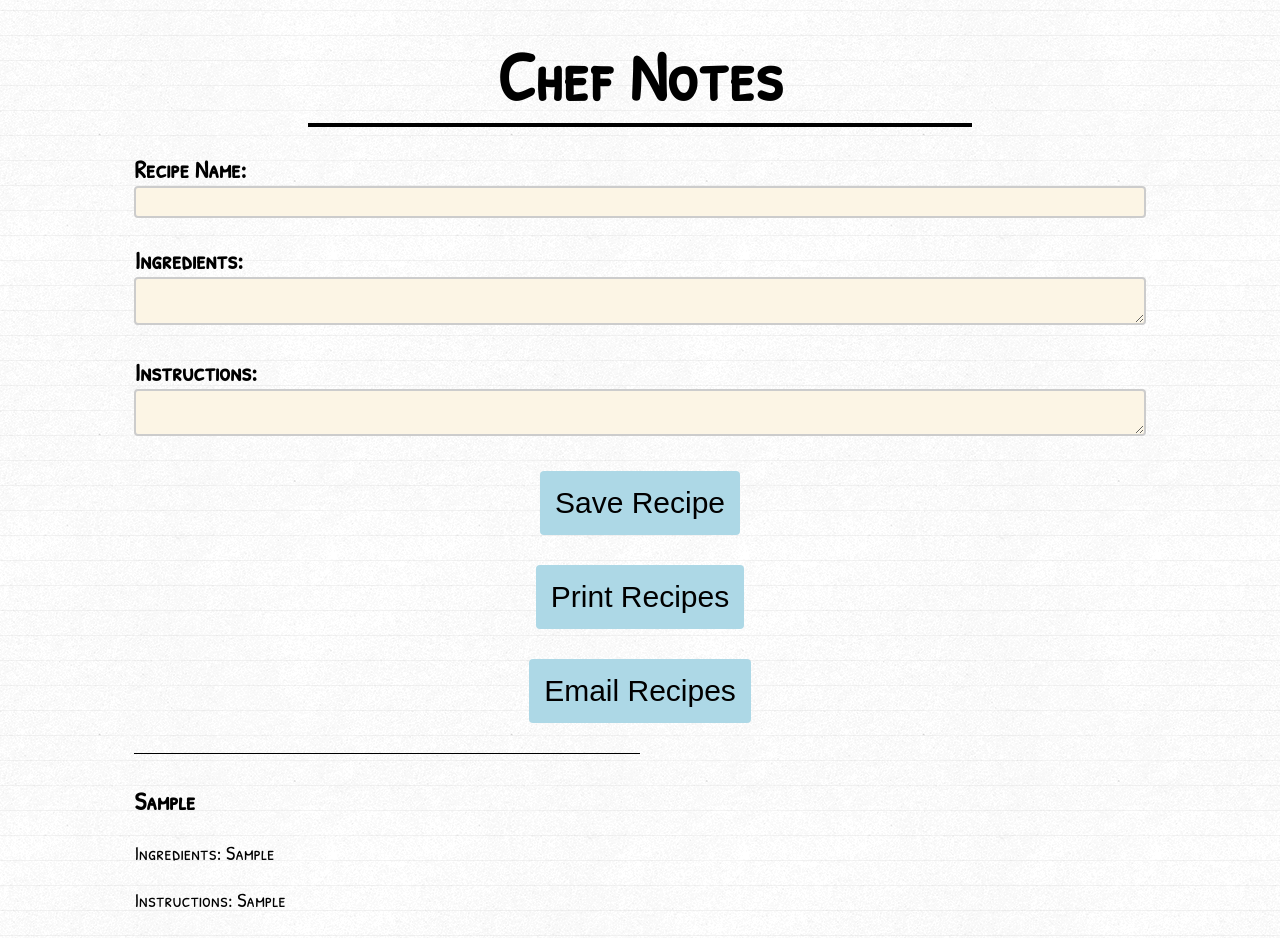
Repository: Chadloswald/RecipeSite
Page: docs/index.html
The author's editor kept a copy of each file at every save. The page is drawn from the files as they stood at one save, then again after the next save.
The browser window is 1280 px wide. The pictures show the whole page.
Empty fields were first filled with sample values (such as "Sample", 5 or name@example.com).
After loading, the first visible `#saveButton` was clicked once.

Above is the page before, as saved 2023-05-22 11:18:34.

After the next save:
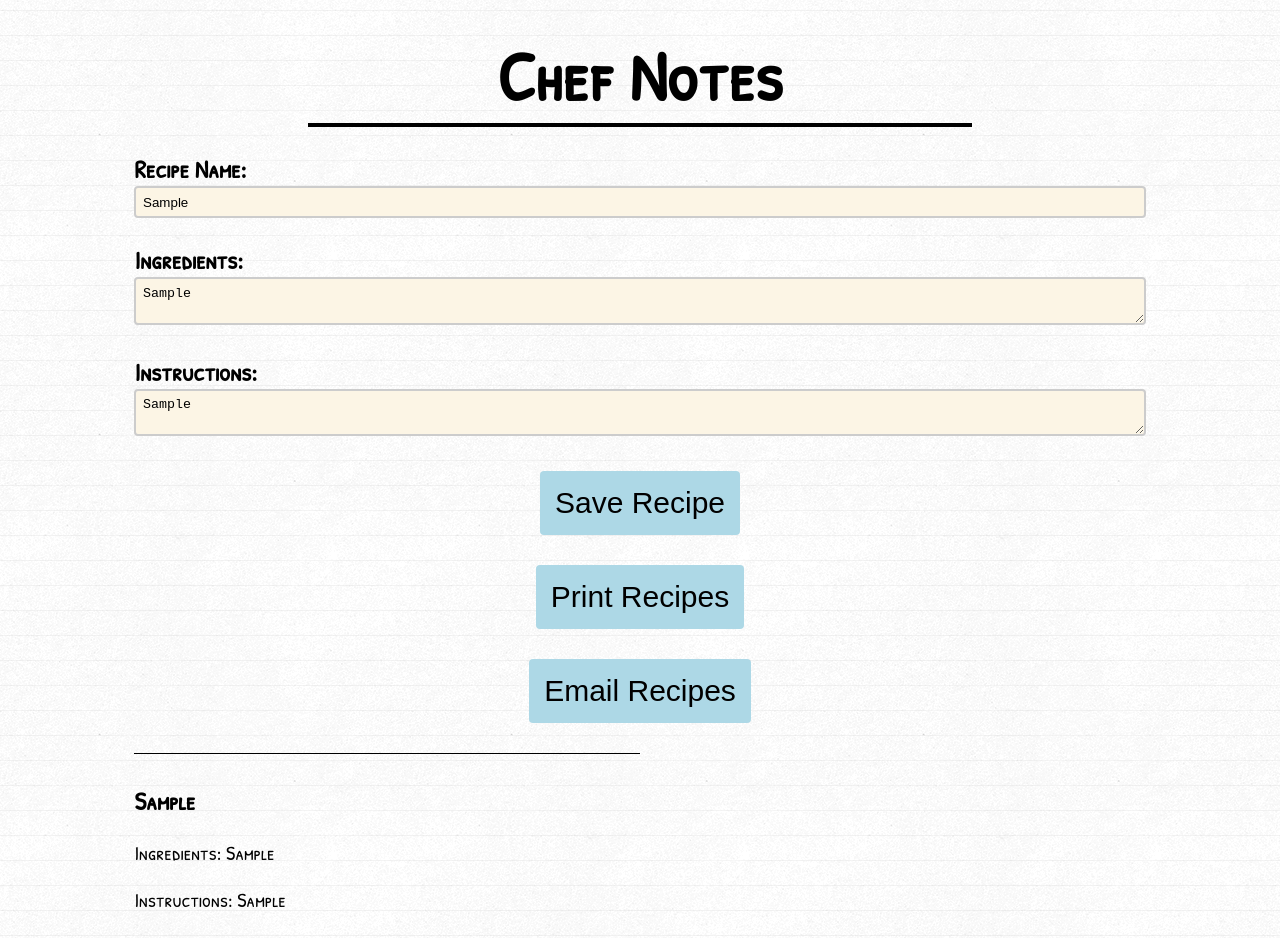
Saved 96 s later.
--- a/docs/scripts.js
+++ b/docs/scripts.js
@@ -34,9 +34,10 @@
 
     recipeLine.style.display = 'block';
 
-    nameInput.value = '';
-    ingredientsInput.value = '';
-    instructionsInput.value = '';
+    // Clearing input fields is removed
+    // nameInput.value = '';
+    // ingredientsInput.value = '';
+    // instructionsInput.value = '';
   });
 
   printButton.addEventListener('click', function() {

After the 2 saves that followed:
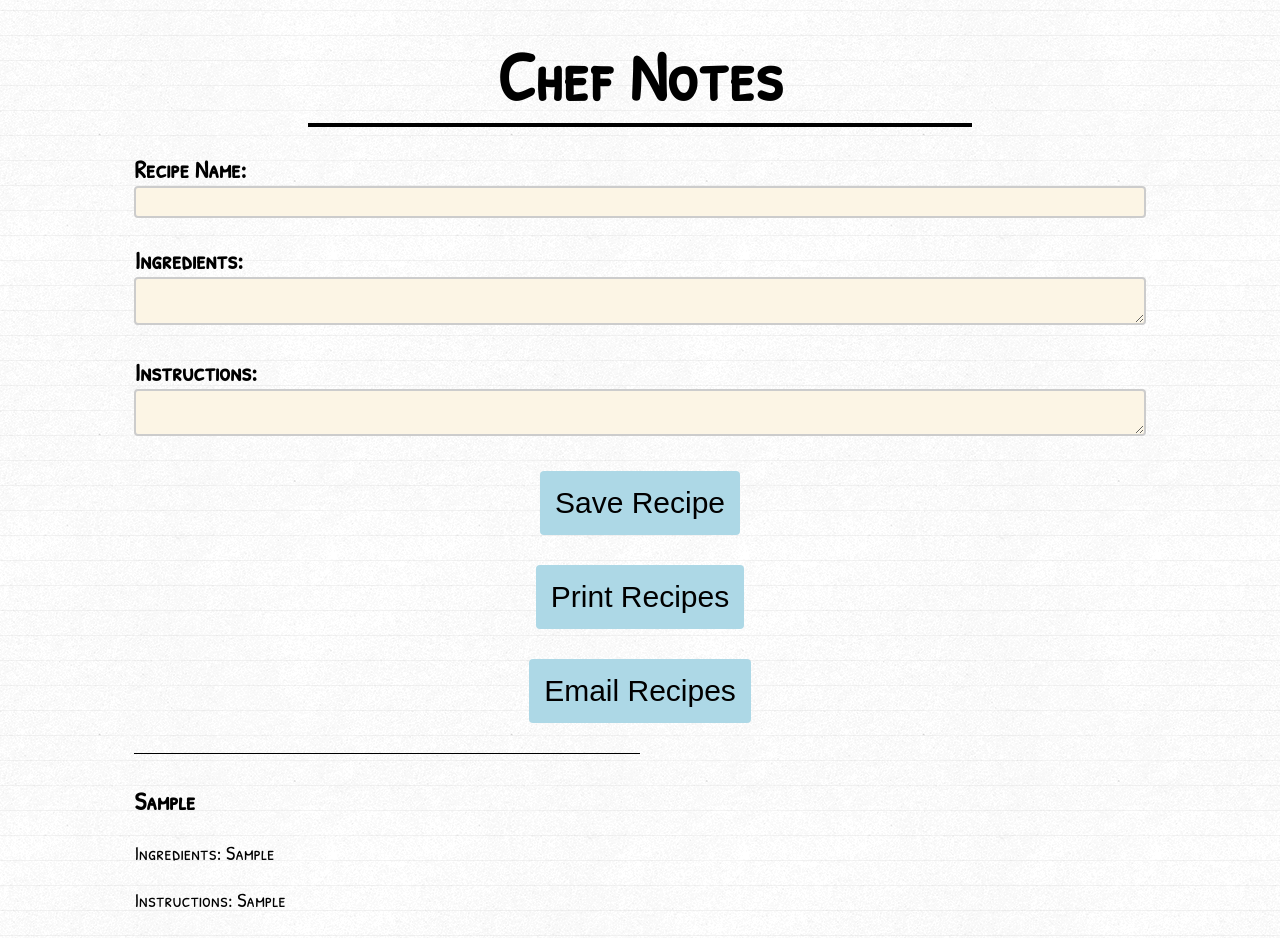
The 2 saves are shown as one change because 1 left the picture as it was.
The last was saved 5 min 33 s later.
--- a/docs/scripts.js
+++ b/docs/scripts.js
@@ -34,10 +34,9 @@
 
     recipeLine.style.display = 'block';
 
-    // Clearing input fields is removed
-    // nameInput.value = '';
-    // ingredientsInput.value = '';
-    // instructionsInput.value = '';
+    nameInput.value = '';
+    ingredientsInput.value = '';
+    instructionsInput.value = '';
   });
 
   printButton.addEventListener('click', function() {
